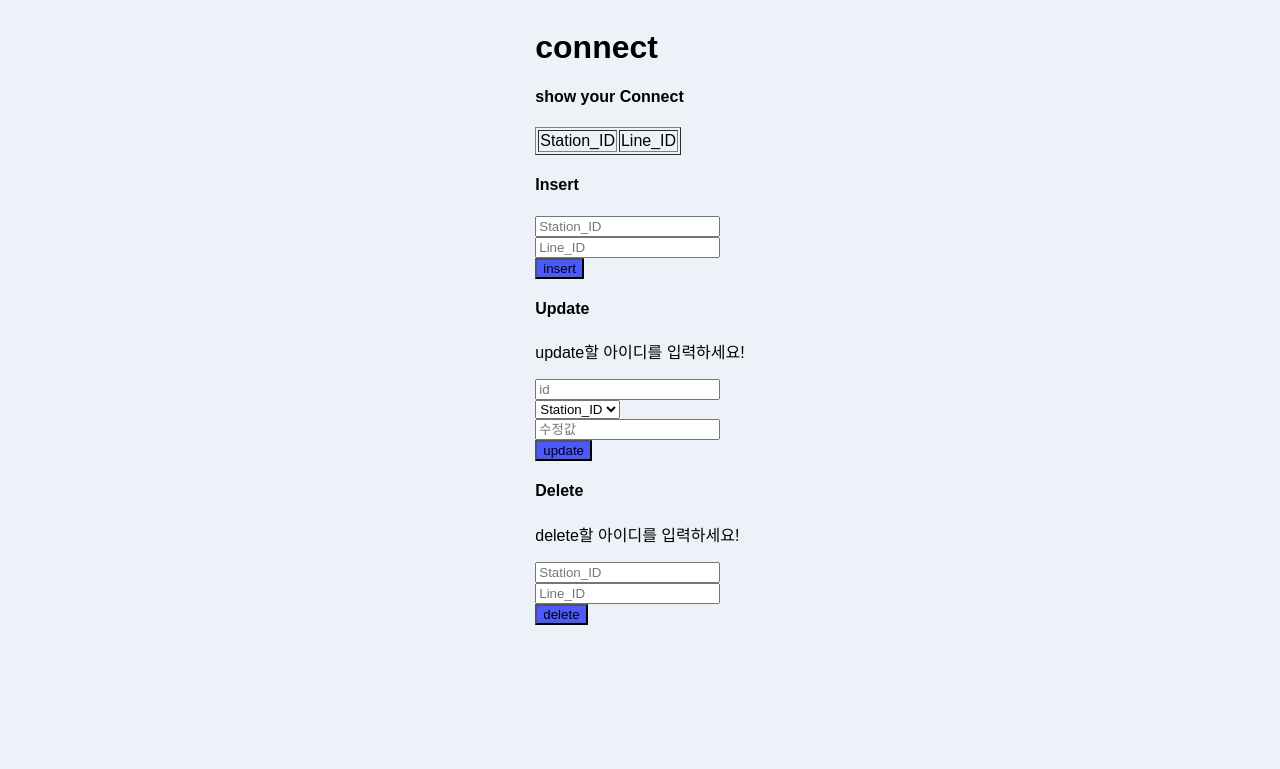
Repository: CISXO/JSP
Page: http://localhost/DB_Project/DB/connect.jsp
These files come from the project's save history. The page is drawn as it stood at one moment and after the next save; the edit follows.
The browser window is 1280 px wide. The pictures show the whole page.
The page is served by Tomcat 9. Queries for data that is not in the repository find no rows.

Above is the page before, as saved 2022-12-21 15:03:53.

After the next save:
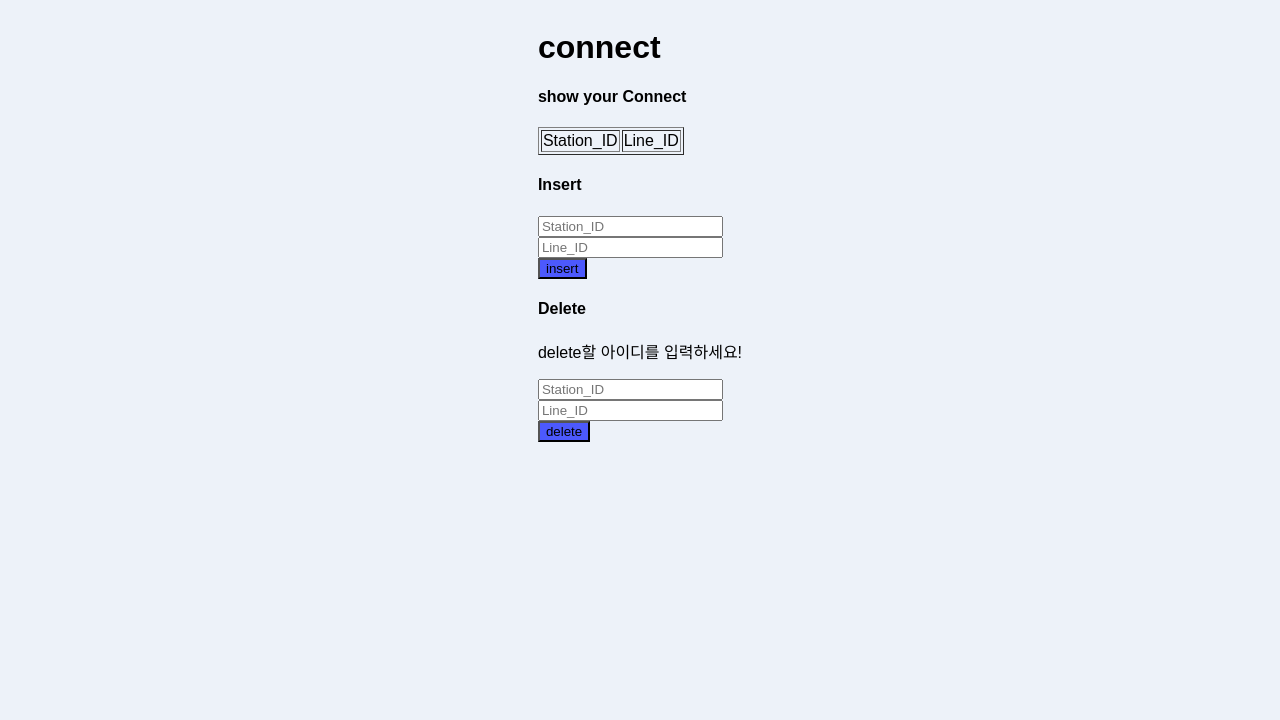
Saved 4 s later.
--- a/DbProject/DB_Project/src/main/webapp/DB/connect.jsp
+++ b/DbProject/DB_Project/src/main/webapp/DB/connect.jsp
@@ -77,27 +77,6 @@ try {
         </form>
 
 
-        <form id="Head_update" action="./manage/connect_manage.jsp" method="get">
-         <h4>Update</h4>
-        <p>update할 아이디를 입력하세요!</p>
-       <div class="row">
-        <input id="connect_id" name="connectupdate_id" type="text" placeHolder="id">
-        </div>
-       <div class="row">
-      <select name="select">
-        <option>Station_ID</option>
-        <option>Line_ID</option>
-      </select>
-        </div>
-       <div class="row">
-        <input id="connect_id" name="update" type="text" placeHolder="수정값">
-        </div>
-        <div>
-        <button id="update_button1" type = "submit" style="background-color: #4c59fd">update</button>
-        </div>
-        <input name="manage_num" type="hidden" value="2">
-        </form>
-
         <form id="connect_delete" action="./manage/connect_manage.jsp" method="get">
         <h4>Delete</h4>
         <p>delete할 아이디를 입력하세요!</p>
